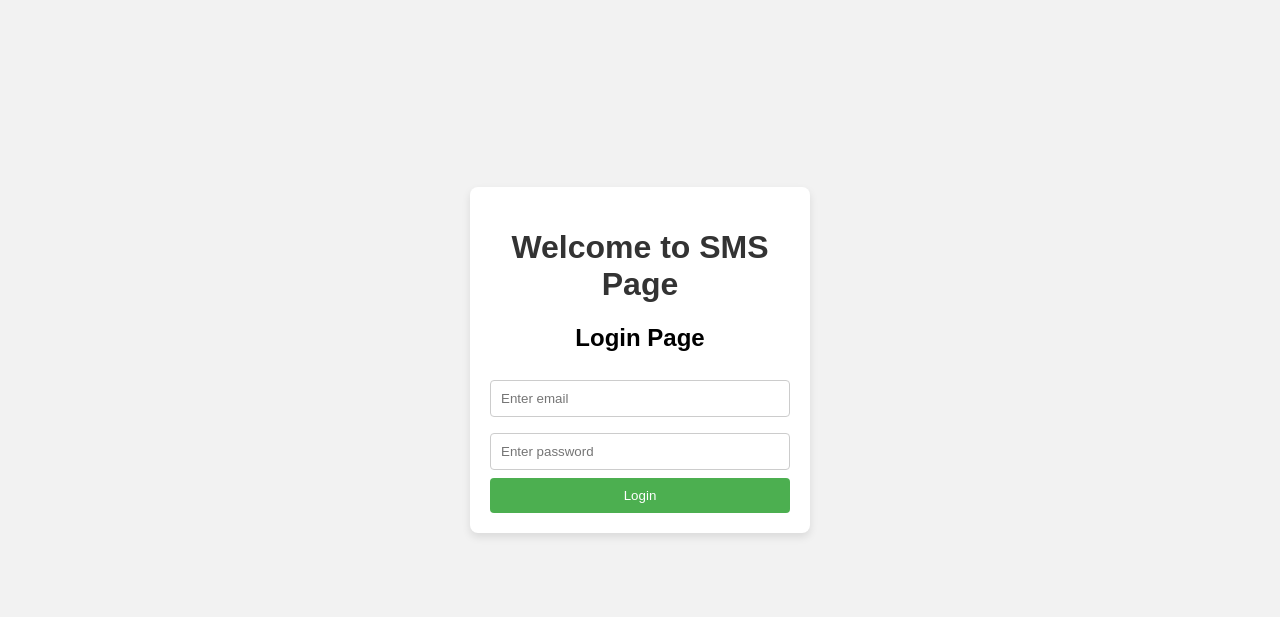
Repository: Madavahari/Servlets
Page: http://localhost/sms/login.jsp
These files come from the project's save history. The page is drawn as it stood at one moment and after the next save; the edit follows.
The browser window is 1280 px wide. The pictures show the whole page.
The page is served by Tomcat 9.

Above is the page before, as saved 2024-10-17 04:00:32.

After the next save:
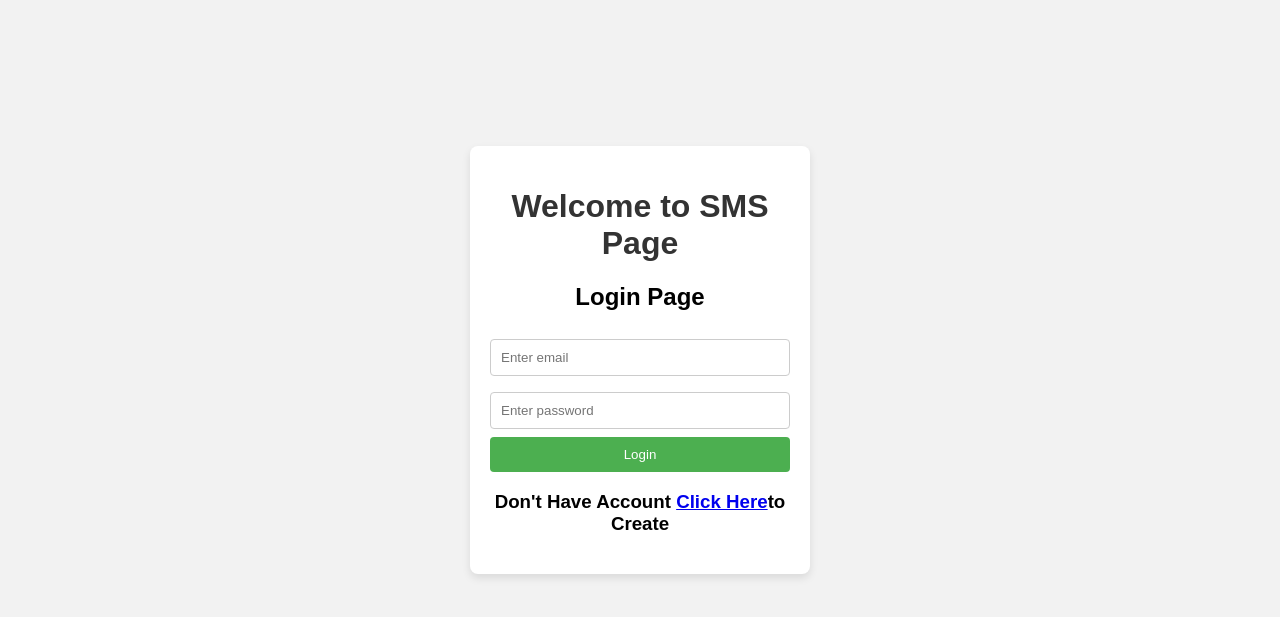
Saved 3 min 37 s later.
--- a/servlets/sms/src/main/webapp/login.jsp
+++ b/servlets/sms/src/main/webapp/login.jsp
@@ -58,6 +58,7 @@
             <input type="password" name="password" placeholder="Enter password"><br>
             <button type="submit">Login</button>
         </form>
+        <h3>Don't Have Account <a href="register.jsp">Click Here</a>to Create</h3>
     </div>
 </body>
 </html>
